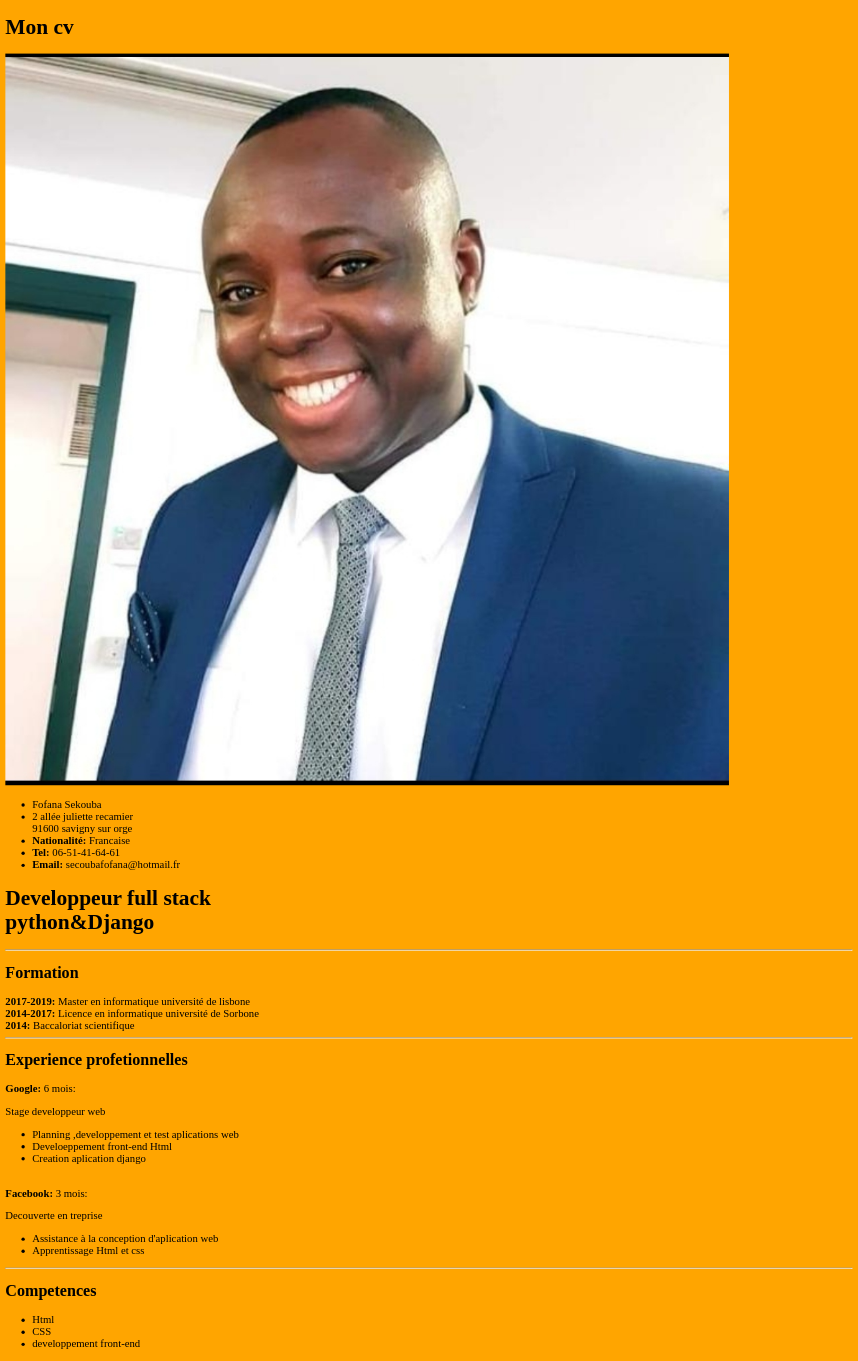
Repository: lamdakara/cv-html
Page: index.html
The author's editor kept a copy of each file at every save. The page is drawn from the files as they stood at one save, then again after the next save.
The browser window is 1280 px wide. The pictures show the whole page, at 67% of full size.
Some web libraries are served in a nearby version.

Above is the page before, as saved 2023-08-26 12:33:33.

After the next save:
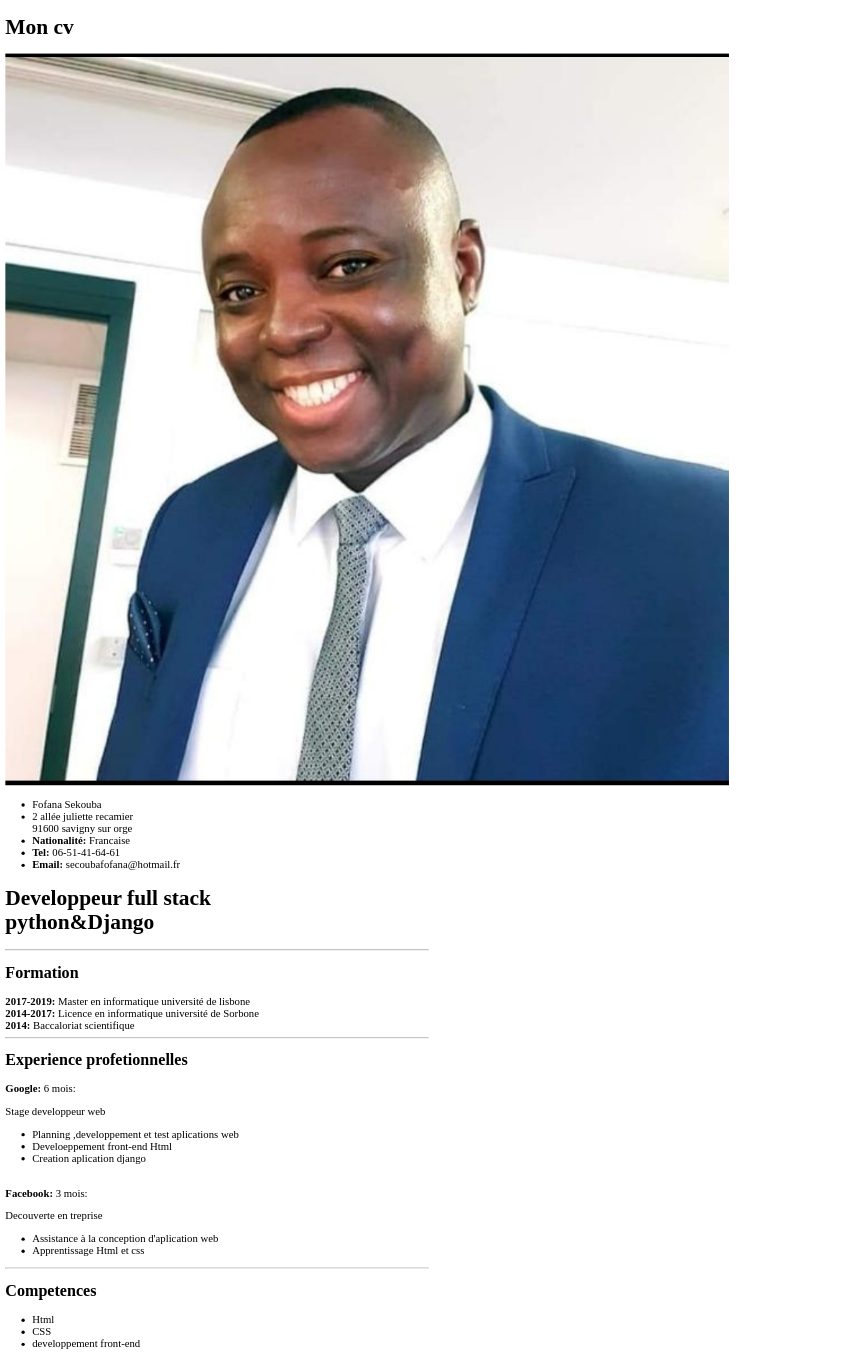
Saved 43 s later.
--- a/css/style.css
+++ b/css/style.css
@@ -1,3 +1,3 @@
-body{
-    background-color:orange;
+.contenue{
+    width: 50%;
 }
